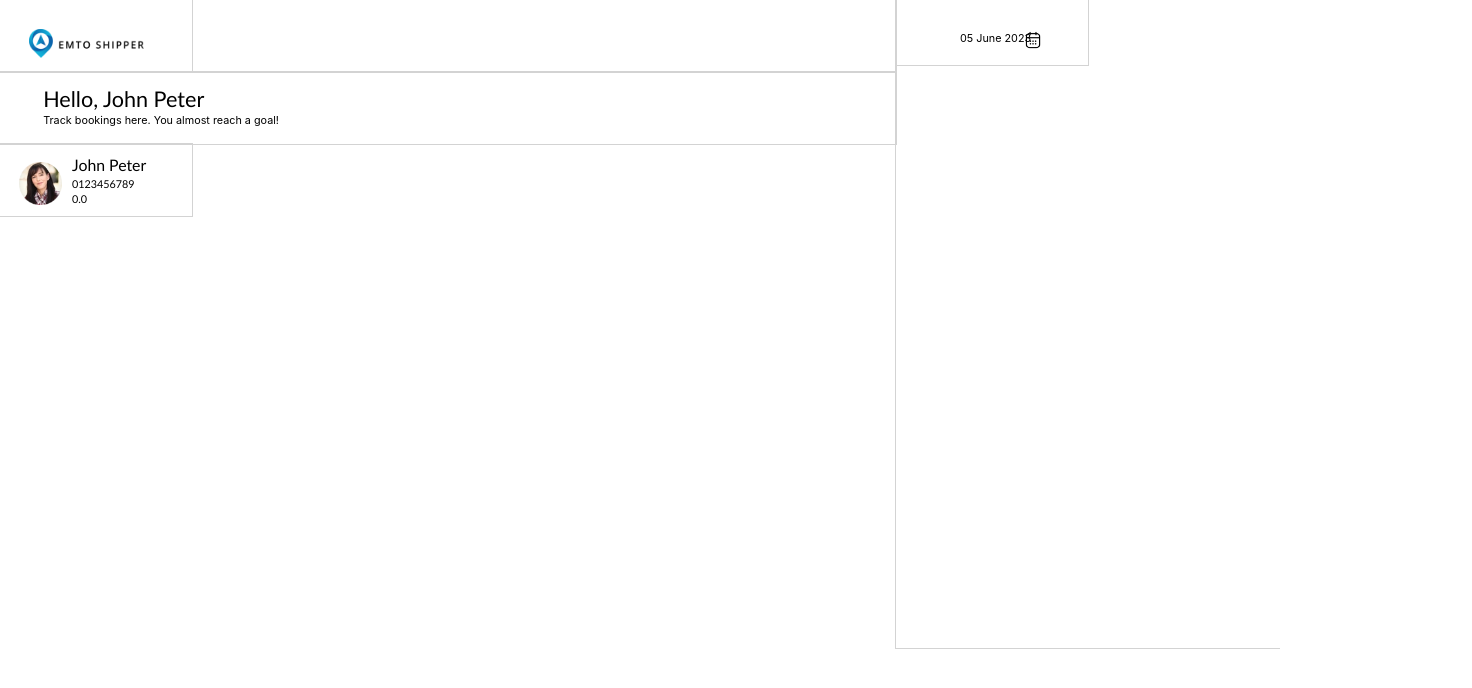
Repository: RoshanArun/Emto-Web
Page: /dashboard (app in emto/reactfirst/)
An editor plug-in stored every save of this project. The page is shown before and after the next save, followed by the edit.
The browser window is 1280 px wide. The page is 1280 px wide, then 1472 px, then 1280 px, so the pictures cover 1472 px, including what lies to the right of the window. The pictures show the whole page.
The project was rebuilt for these pictures with package versions that can differ from the ones it lists, and the page was loaded fresh each time. Also part of the build but not shown: emto/reactfirst/src/pages/SignUp/SignUp.css, emto/reactfirst/src/pages/SignUp/SignUp.js, emto/reactfirst/src/pages/Login/Login.js.

Above is the page before, as saved 2023-07-27 12:34:46.

After the next save:
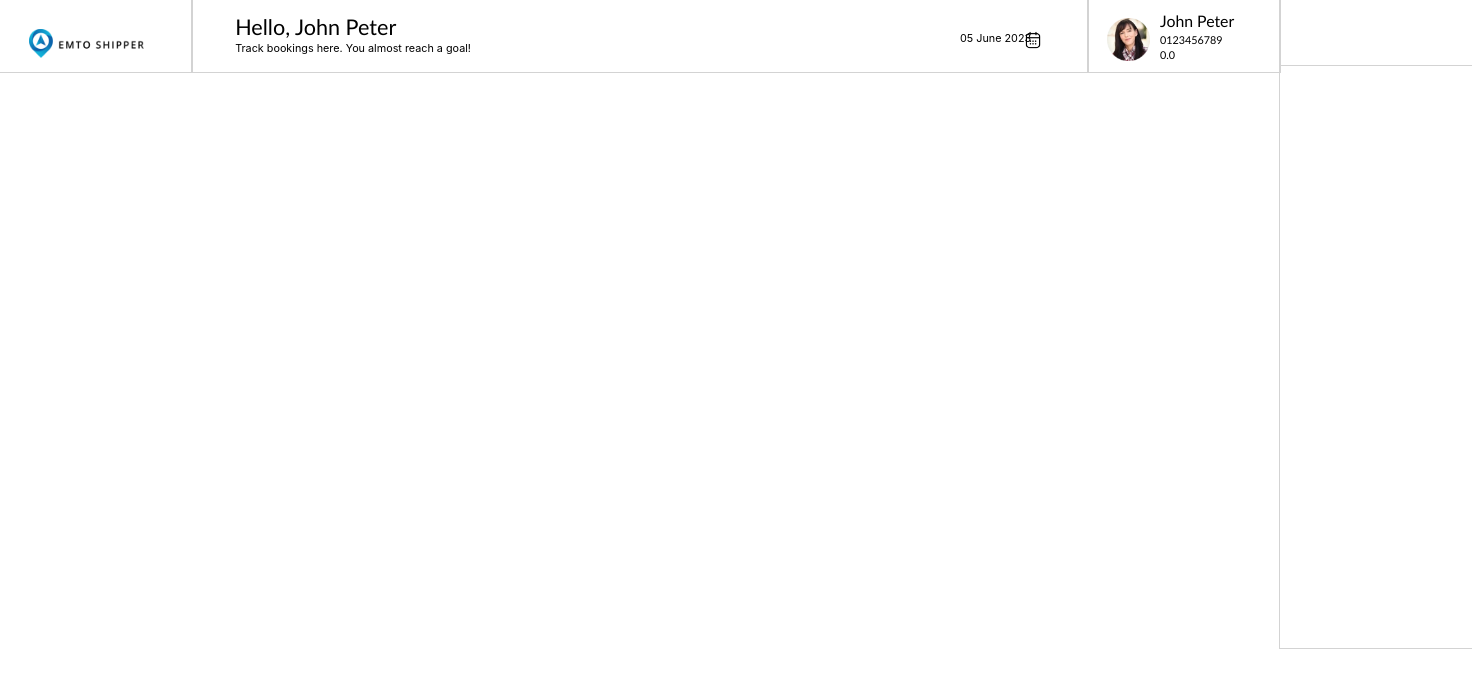
Saved 32 s later.
--- a/emto/reactfirst/src/pages/DashBoard/DashBoard.css
+++ b/emto/reactfirst/src/pages/DashBoard/DashBoard.css
@@ -4,7 +4,7 @@
   outline: 1px solid lightgray;
   min-height: 65px;
   display: flex;
-  flex-wrap: wrap;
+  flex-wrap: ;
 }
 
 .dash-bottom{

After the save that followed:
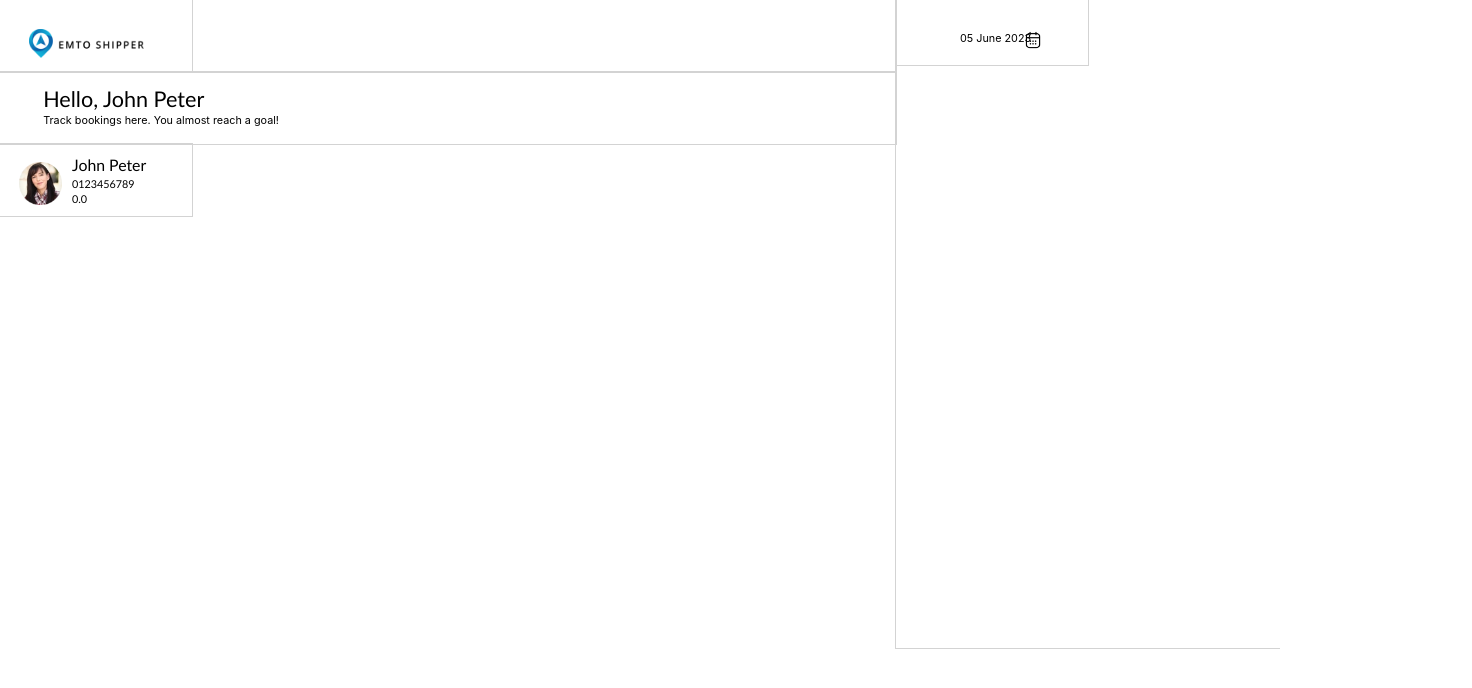
Saved 2 min 13 s later.
--- a/emto/reactfirst/src/pages/DashBoard/DashBoard.css
+++ b/emto/reactfirst/src/pages/DashBoard/DashBoard.css
@@ -4,7 +4,9 @@
   outline: 1px solid lightgray;
   min-height: 65px;
   display: flex;
-  flex-wrap: ;
+  flex-wrap: wrap;
+  flex: 1 1 160px;
+
 }
 
 .dash-bottom{
